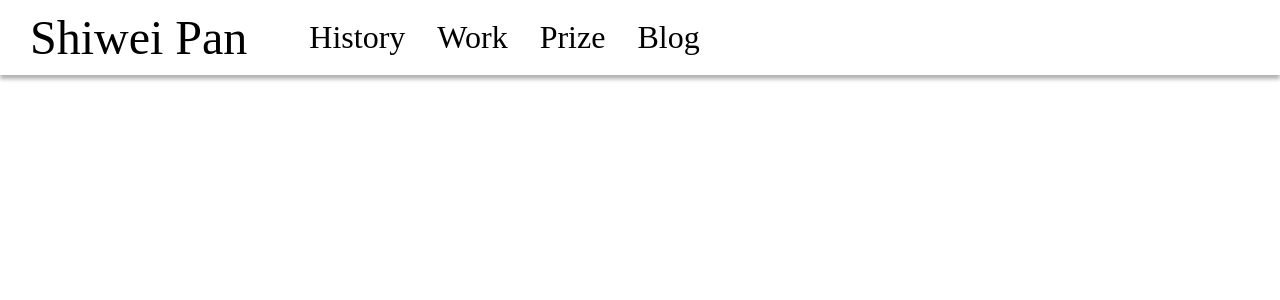
Repository: erikpsw/web
Page: new/psw.html
These files come from the project's save history. The page is drawn as it stood at one moment and after the next save; the edit follows.
The browser window is 1280 px wide. The pictures show the whole page.

Above is the page before, as saved 2022-06-16 19:51:28.

### new/psw.html
<!DOCTYPE html>
<html>
<head>
<meta charset="utf-8">
<title>Shiwei Pan</title>
<link rel="stylesheet" type="text/css" href="styles.css">
</head>
<body class="body">
<nav id="start_box">
    <a class="nav" id="title" href="">Shiwei Pan</a>
    <a class="nav" href="" >History</a>
    <a class="nav" href="">Work</a>
    <a class="nav" href="">Prize</a>
    <a class="nav" id="myblog" href="" >Blog</a>
</nav>
<p></p>
</body>
</html>

### new/styles.css
#start_box
{
    background-color: whit;
    display:flex;
    box-shadow: 0 0.25rem 0.25rem 0 rgb(0 0 0 / 31%);
}

#title{
    text-decoration: none;
    font-family:"Times New Roman",Georgia,Serif;
    font-style:inherit;
    padding:10px 30px 10px;
    color:black;
    font-size: 3em;
}

.nav{
    text-decoration: none;
    font-family:"Times New Roman",Georgia,Serif;
    padding-left:1em;
    color:black;
    display: inline-flex;
    margin-bottom: 0;
    align-items: center;
    font-size: 2em;
}

.body{
    margin: 0%;
}

#myblog{
    text-align:right
}

After the next save:
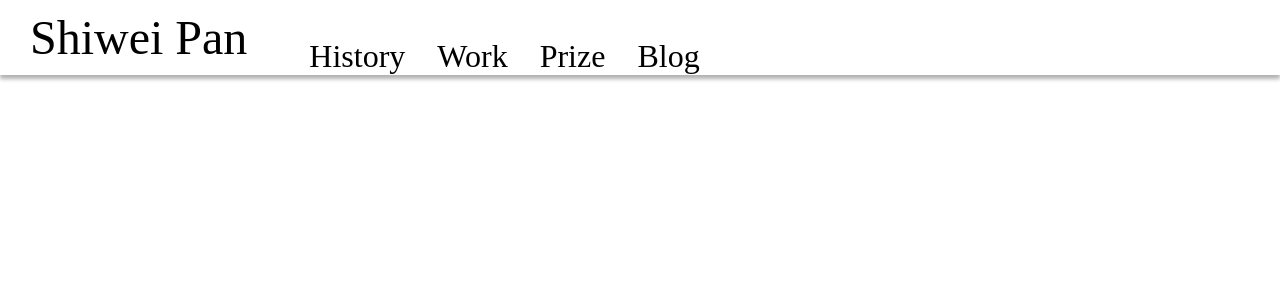
Saved 3 min 12 s later.
--- a/new/styles.css
+++ b/new/styles.css
@@ -21,7 +21,7 @@
     color:black;
     display: inline-flex;
     margin-bottom: 0;
-    align-items: center;
+    align-items: flex-end;
     font-size: 2em;
 }
 

After the save that followed:
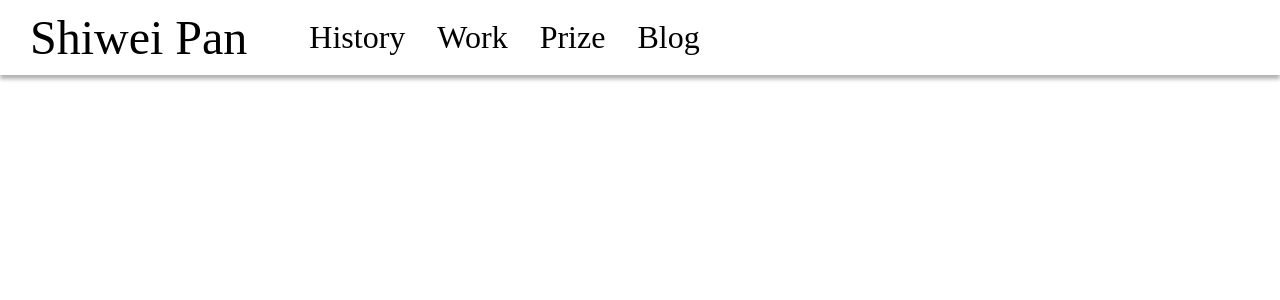
Saved 13 s later.
--- a/new/styles.css
+++ b/new/styles.css
@@ -19,9 +19,9 @@
     font-family:"Times New Roman",Georgia,Serif;
     padding-left:1em;
     color:black;
-    display: inline-flex;
+    display: flex;
     margin-bottom: 0;
-    align-items: flex-end;
+    align-items: center;
     font-size: 2em;
 }
 
